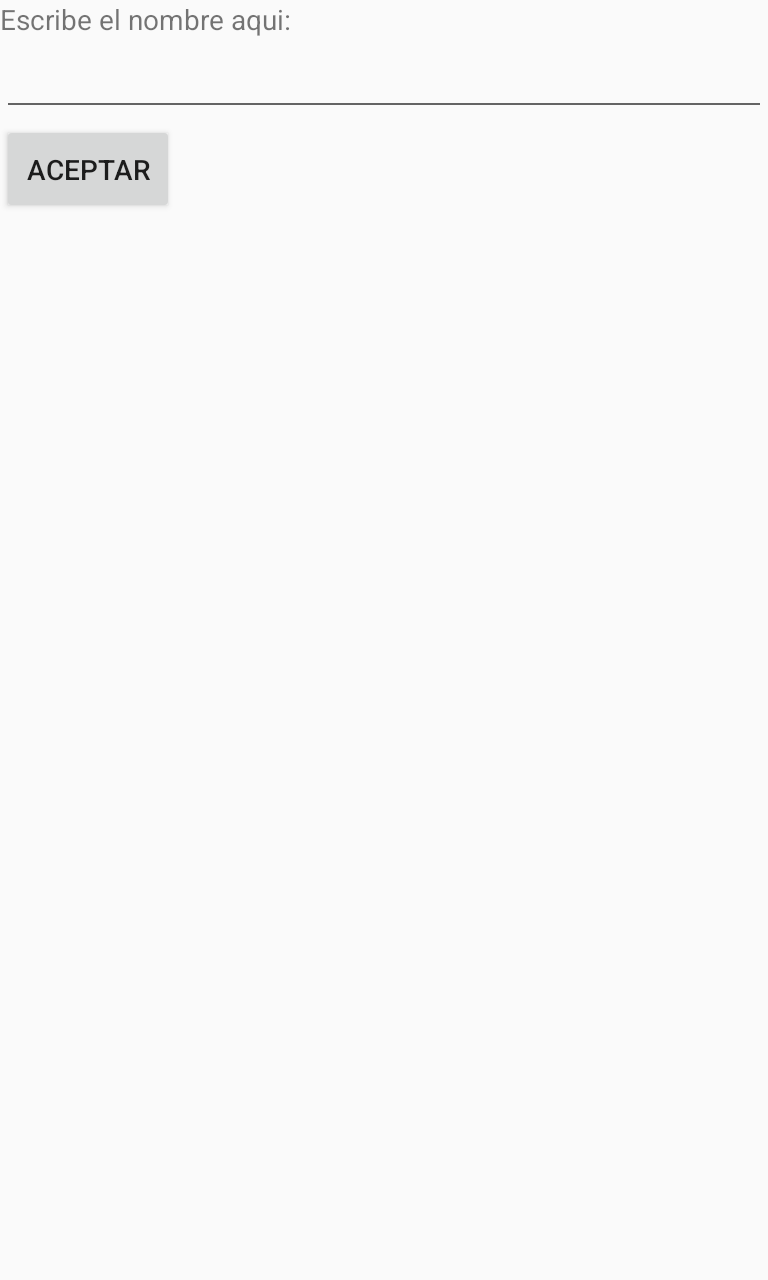
Repository: miguegit/android
Layout: FirstOne/res/layout/activity_main.xml
An editor plug-in stored every save of this project. The layout is shown before and after a run of saves, followed by the edit.
It is drawn on a 768 x 1280 px phone screen (xhdpi) without system bars, with theme AppTheme; the app's code is not run.

Above is the layout before, as saved 2014-04-25 18:29:53.

### FirstOne/res/layout/activity_main.xml
<LinearLayout xmlns:android="http://schemas.android.com/apk/res/android"
    xmlns:tools="http://schemas.android.com/tools"
    android:id="@+id/LinearLayout1"
    android:layout_width="match_parent"
    android:layout_height="wrap_content"
    android:orientation="vertical" >

    <TextView
        android:id="@+id/LblNombre"
        android:layout_width="wrap_content"
        android:layout_height="wrap_content"
        android:text="@string/nombre" />

    <EditText
        android:id="@+id/TxtNombre"
        android:layout_width="match_parent"
        android:layout_height="wrap_content"
        android:inputType="text">
    </EditText>

    <Button
        android:id="@+id/BtnHola"
        android:layout_width="wrap_content"
        android:layout_height="wrap_content"
        android:text="@string/Aceptar" />

</LinearLayout>

### FirstOne/res/values/strings.xml
<?xml version="1.0" encoding="utf-8"?>
<resources>

    <string name="app_name">FirstOne</string>
    <string name="hello_world">Hello world!</string>
    <string name="action_settings">Settings</string>
    <string name="nombre">Escribe el nombre aqui:</string>
    <string name="Aceptar">Aceptar</string>

</resources>

Loaded but not shown: FirstOne/res/values/styles.xml (common file); FirstOne/res/values-v11/styles.xml (common file); FirstOne/res/values-v14/styles.xml (common file)

After the next 2 saves:
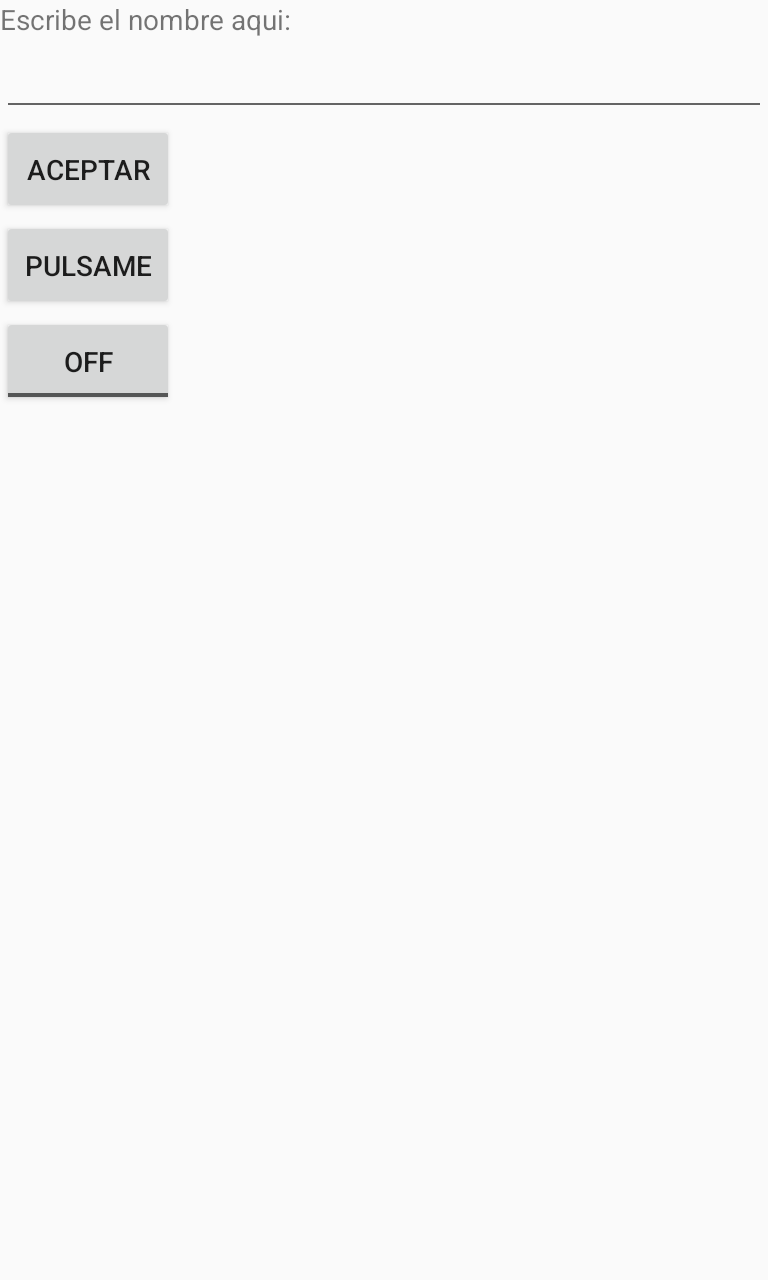
The 2 saves are shown as one change because 1 did not build or start.
The last was saved 2 min 57 s later.
--- a/FirstOne/res/layout/activity_main.xml
+++ b/FirstOne/res/layout/activity_main.xml
@@ -24,4 +24,15 @@
         android:layout_height="wrap_content"
         android:text="@string/Aceptar" />
 
+    <Button android:id="@+id/BtnBoton1"
+    android:text="pulsame"
+    android:layout_width="wrap_content"
+    android:layout_height="wrap_content" />
+
+    <ToggleButton android:id="@+id/BtnBoton2"
+    android:textOn="on"
+    android:textOff="off"
+    android:layout_width="wrap_content"
+    android:layout_height="wrap_content" />
+
 </LinearLayout>
